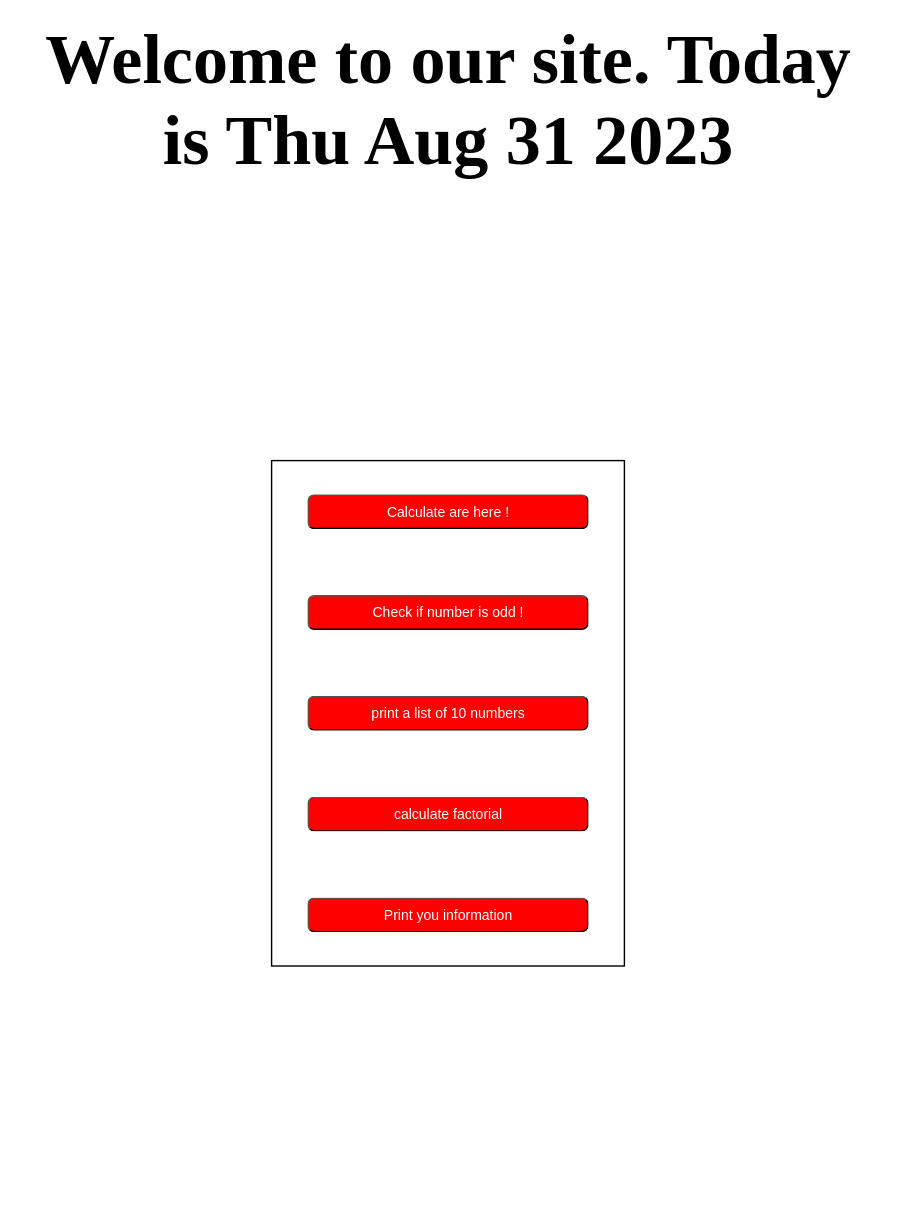
Repository: EMERIC237/codeFi-js
Page: week3/index.html
The author's editor kept a copy of each file at every save. The page is drawn from the files as they stood at one save, then again after a run of saves.
The browser window is 1280 px wide. The page is 1302 px wide, then 1280 px, so the pictures cover 1302 px, including what lies to the right of the window. The pictures show the whole page, at 70% of full size.

Above is the page before, as saved 2023-08-31 20:22:05.

After the next 9 saves:
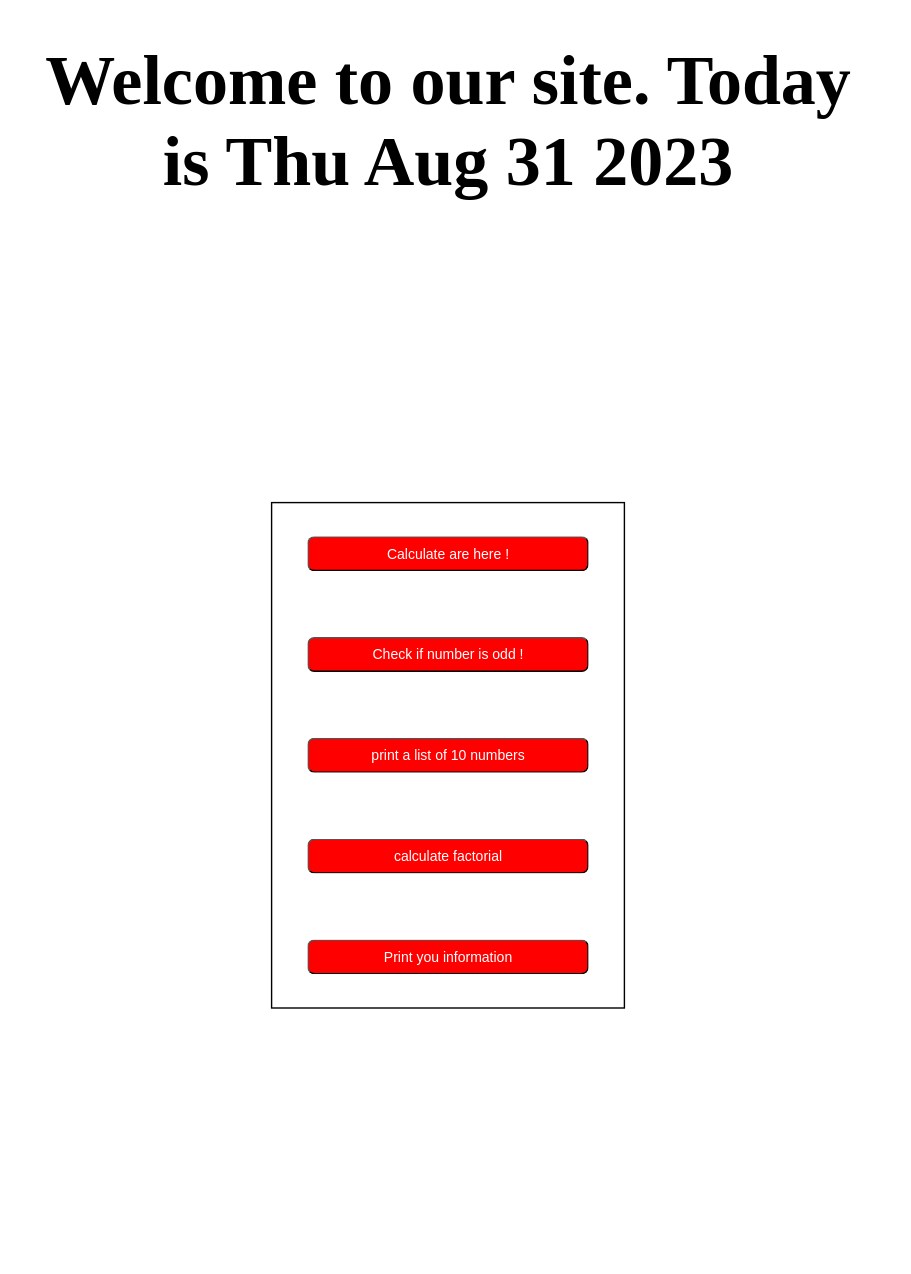
The 9 saves are shown as one change because they came seconds apart.
The last was saved 28 s later.
--- a/week3/index.html
+++ b/week3/index.html
@@ -6,9 +6,10 @@
     <title>Document</title>
     <style>
       h1 {
+        display: flex;
         text-align: center;
         font-size: 100px;
-        margin: -30px;
+        margin: auto;
         padding: 50px;
       }
       button {
